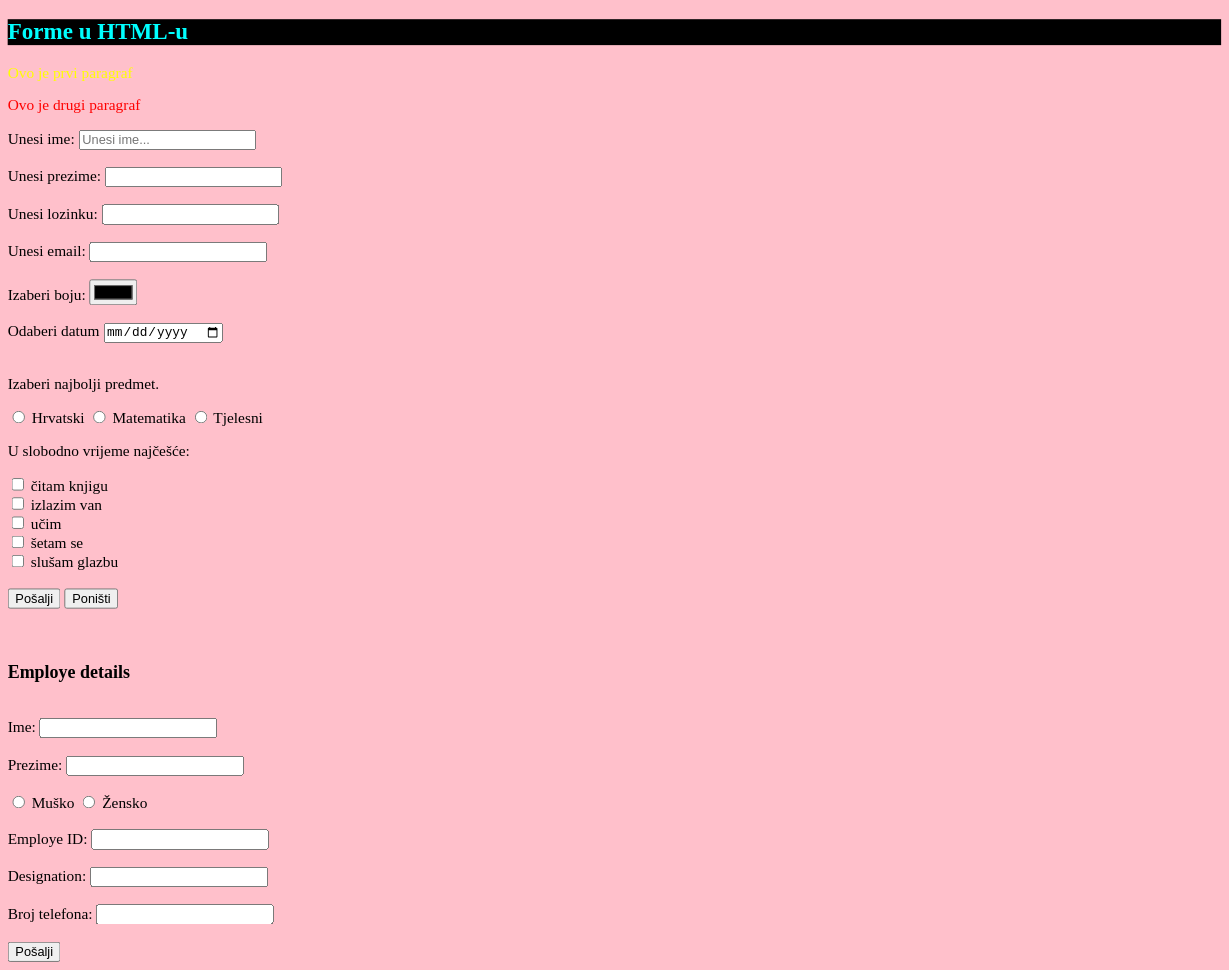
Repository: larabiondic/wp_biondic_lara
Page: forme/forme.html
These files come from the project's save history. The page is drawn as it stood at one moment and after the next save; the edit follows.
The browser window is 1280 px wide. The pictures show the whole page, at 96% of full size.

Above is the page before, as saved 2025-11-10 12:53:17.

### forme/forme.html
<!DOCTYPE html>
<html lang="en">
<head>
    <meta charset="UTF-8">
    <meta name="viewport" content="width=device-width, initial-scale=1.0">
    <title>Forme</title>
    <link rel="stylesheet" href="../STYLE.CSS">

</head>
<body>
    <h2>Forme u HTML-u</h2>
    <!-- INTERNAL css -->
    <!-- <style>
        h2 {color: aqua; background-color: black;

        }
        body { color: blanchedalmond; background-color: blueviolet;

        }

    </style> -->
    <p id="prvi">Ovo je prvi paragraf</p>
    <p class="drugi">Ovo je drugi paragraf</p>
    <form action="#" method="get">
        <label for="ime">Unesi ime:</label>
        <input type="text" id="Ime" placeholder="Unesi ime...">
        <br>
        <br>
        <label for="prezime">Unesi prezime:</label>
        <input type="text" id="prezime">
        <br>
        <br>
        <label for="pass">Unesi lozinku:</label>
        <input type="password" name="pass" id="pass" required>
        <br>
        <br>
        <label for="email">Unesi email:</label>
        <input type="email" name="email" id="email">
        <br>
        <br>
        <label for="color">Izaberi boju:</label>
        <input type="color" name="color" id="color">
        <br>
        <br>
        <label for="date">Odaberi datum</label>
        <input type="date" name="datum" id="datum">
        <br>
        <br>
        <p>Izaberi najbolji predmet.</p>
        <input type="radio" name="predmet" id="Hrvatski">
        <label for="Hrvatski">Hrvatski</label>
        <input type="radio" name="predmet" id="Matematika">
        <label for="Matematika">Matematika</label>
        <input type="radio" name="predmet" id="Tjelesni">
        <label for="Tjelesni">Tjelesni</label>
        <br>

        <p>U slobodno vrijeme najčešće:</p>
        <input type="checkbox" name="knjiga" id="knjiga">
        <label for="knjiga">čitam knjigu</label> <br>
        <input type="checkbox" name="izlazak" id="izlazak">
        <label for="izlazak">izlazim van</label> <br>
        <input type="checkbox" name="učenje" id="učenje">
        <label for="učenje">učim</label> <br>
        <input type="checkbox" name="šetam" id="šetam">
        <label for="šetam">šetam se</label> <br>
        <input type="checkbox" name="glazba" id="glazba">
        <label for="glazba">slušam glazbu</label>

        <br>
        <br>
        <input type="submit" value="Pošalji">
        <input type="reset" value="Poništi">
    </form>
    <br>
    <br>
    <h3>Employe details</h3>
    <br>
    <form action="#" method="get">
        <label for="ime">Ime:</label>
        <input type="text" id="Ime">
        <br>
        <br>
        <label for="prezime">Prezime:</label>
        <input type="text" id="prezime">
        <br>
        <br>
        <input type="radio" name="spol" id="Muško">
        <label for="Muško">Muško</label>
        <input type="radio" name="spol" id="Žensko">
        <label for="Žensko">Žensko</label>
        <br>
        <br>
        <label for="Employe ID">Employe ID:</label>
        <input type="text" id="Employe ID">
        <br>
        <br>
        <label for="Designation">Designation:</label>
        <input type="text" id="Designation">
        <br>
        <br>
        <label for="broj">Broj telefona:</label>
        <input type="number" name="broj" id="broj">
        <br>
        <br>
        <input type="submit" value="Pošalji">



    </form>

</body>
</html>

### STYLE.CSS

h2
 {color: aqua; background-color: black;}
 body { color: black; background-color: pink;}


 /* pristup preko ID-a */
 #prvi {
    color: yellow;
 }


 /* pristup prekoa klase */
 .drugi {
    color: red;
 }

After the next save:
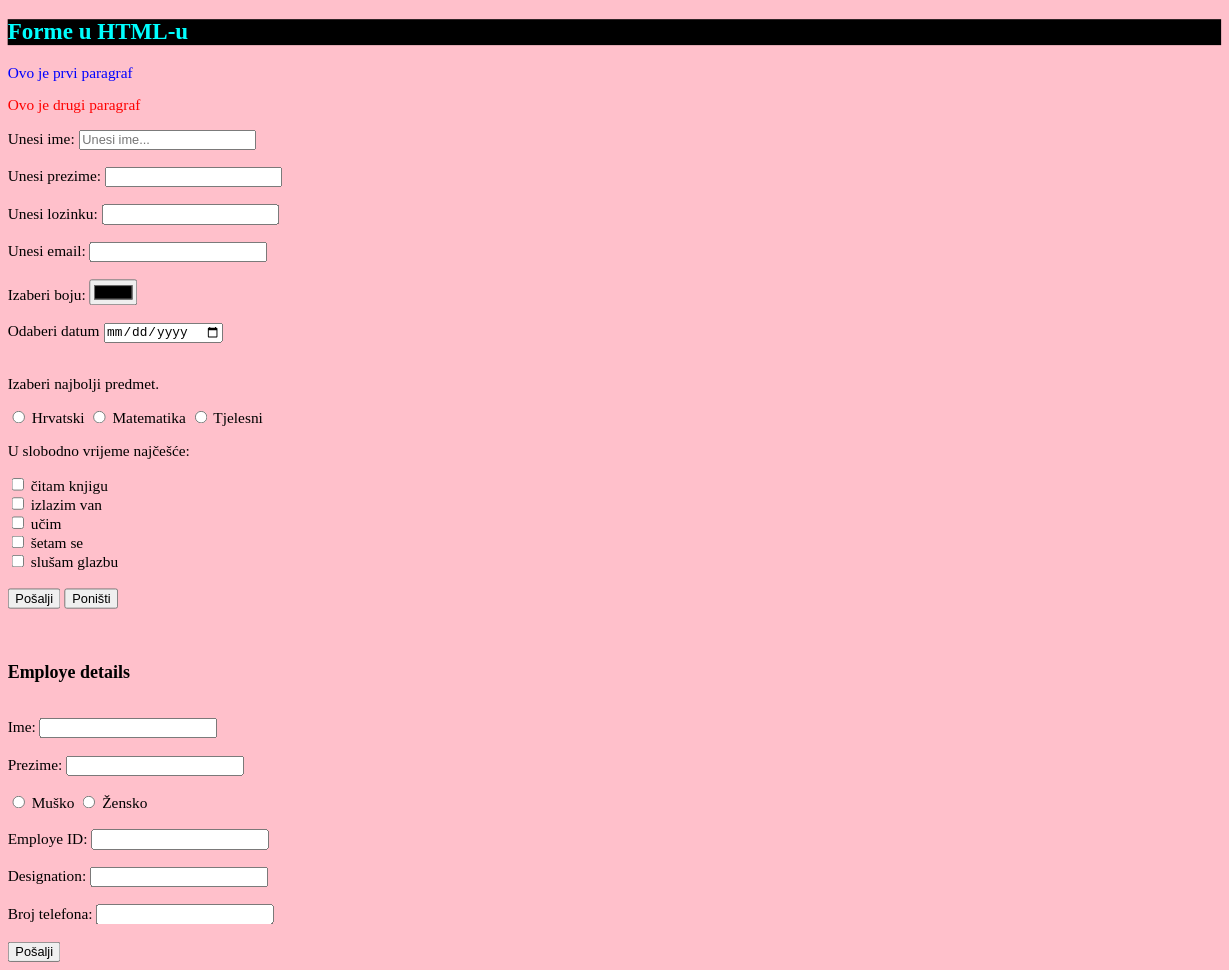
Saved 15 s later.
--- a/STYLE.CSS
+++ b/STYLE.CSS
@@ -6,7 +6,7 @@
 
  /* pristup preko ID-a */
  #prvi {
-    color: yellow;
+    color: blue;
  }
 
 
